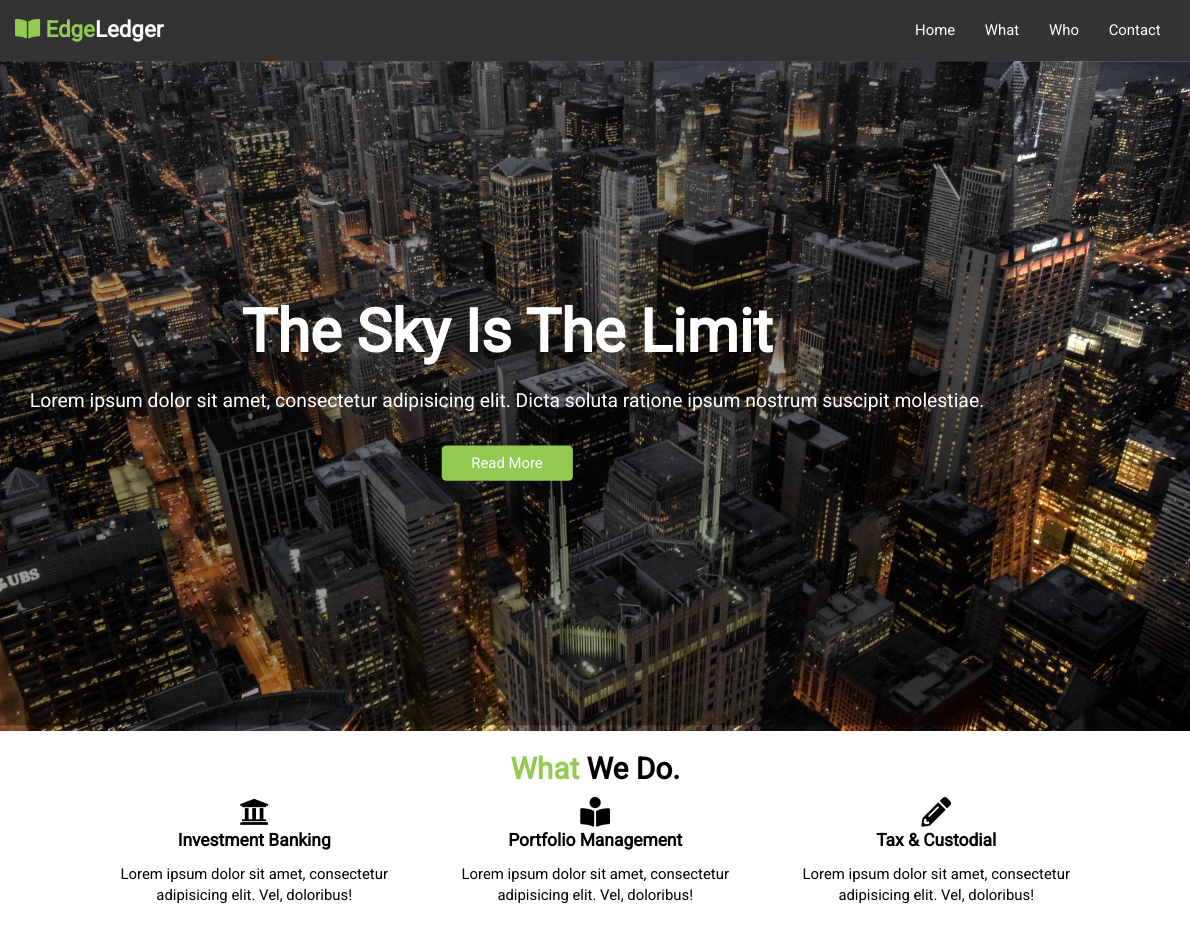
Repository: dimlutine/EdgeLedger
Page: index.html
An editor plug-in stored every save of this project. The page is shown before and after the next save, followed by the edit.
The browser window is 1280 px wide. The pictures show the whole page, at 93% of full size.
Some web libraries are served in a nearby version.

Above is the page before, as saved 2019-07-06 19:17:13.

After the next save:
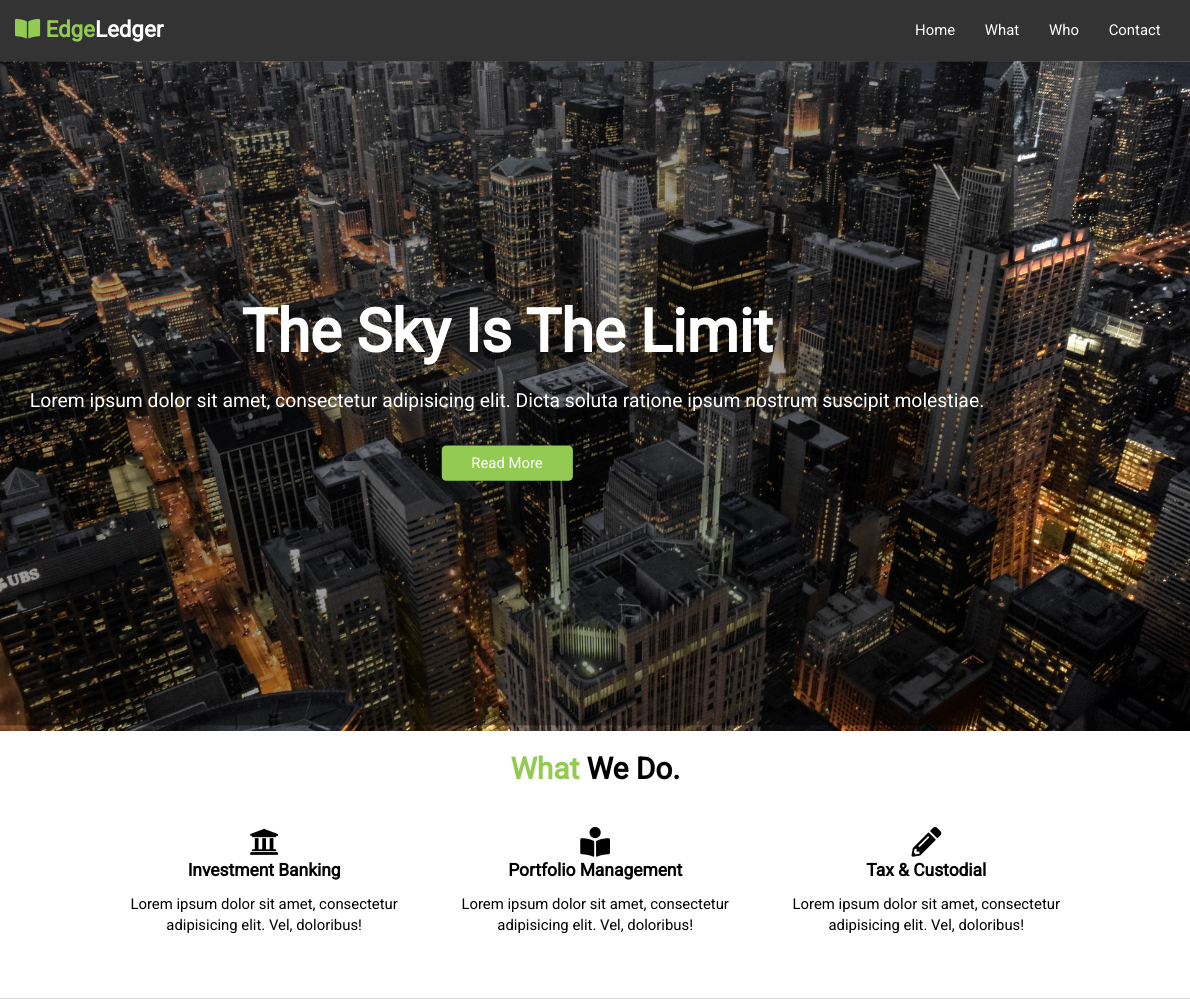
Saved 27 s later.
--- a/css/style.css
+++ b/css/style.css
@@ -142,9 +142,11 @@
 
 .items {
     display: flex;
+    padding: 1rem;
 }
 
 .item {
     flex: 1;
     text-align: center;
+    padding: 1rem;
 }
